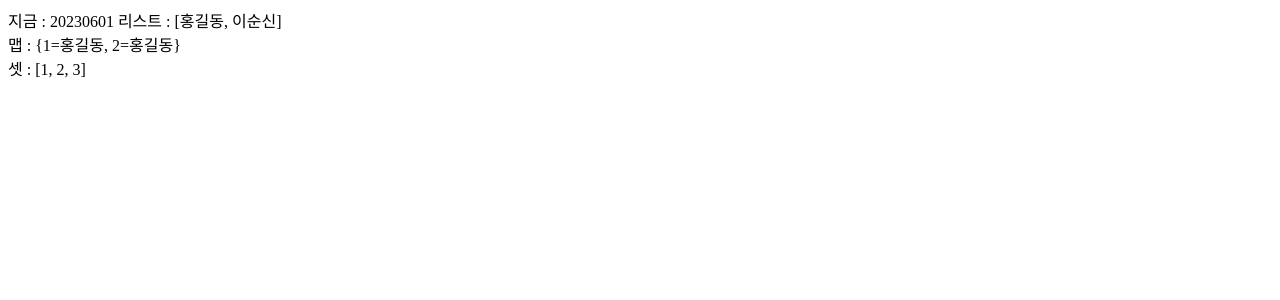
Repository: sun2898/JSP
Page: http://localhost/JSPBasic/jsptag/scriptlet03.jsp
The author's editor kept a copy of each file at every save. The page is drawn from the files as they stood at one save, then again after the next save.
The browser window is 1280 px wide. The pictures show the whole page.
The page is served by Tomcat 9. Nobody is signed in. The application's start-up code is not run. Other server files are loaded and not shown.

Above is the page before, as saved 2023-06-01 07:23:14.

### JSPBasic/src/main/webapp/jsptag/scriptlet03.jsp
<%@page import="java.util.HashSet"%>
<%@page import="java.util.HashMap"%>
<%@page import="java.util.ArrayList"%>
<%@page import="java.text.SimpleDateFormat"%>
<%@page import="java.util.Date"%>
<%@ page language="java" contentType="text/html; charset=UTF-8"
    pageEncoding="UTF-8"%>
<%
	/* 화면전체에서 사용할 코드는 위에서 선언 */
	Date date = new Date();
	SimpleDateFormat sdf = new SimpleDateFormat("yyyyMMdd");
	String now = sdf.format(date);

	//List
	ArrayList<String> list = new ArrayList<>();
	list.add("홍길동");
	list.add("이순신");

	//Map
	HashMap<Integer, String> map = new HashMap<>();
	map.put(1, "홍길동");
	map.put(2, "홍길동");

	//Set
	HashSet<Integer> set = new HashSet<>();
	set.add(1);
	set.add(2);
	set.add(3);
%>
<!DOCTYPE html>
<html>
<head>
<meta charset="UTF-8">
<title>Insert title here</title>
</head>
<body>
	지금 : <%=now %>
	리스트 : <%=list.toString() %><br/>
	맵 : <%=map.toString() %><br/>
	셋 : <%=set.toString() %>



</body>
</html>

After the next save:
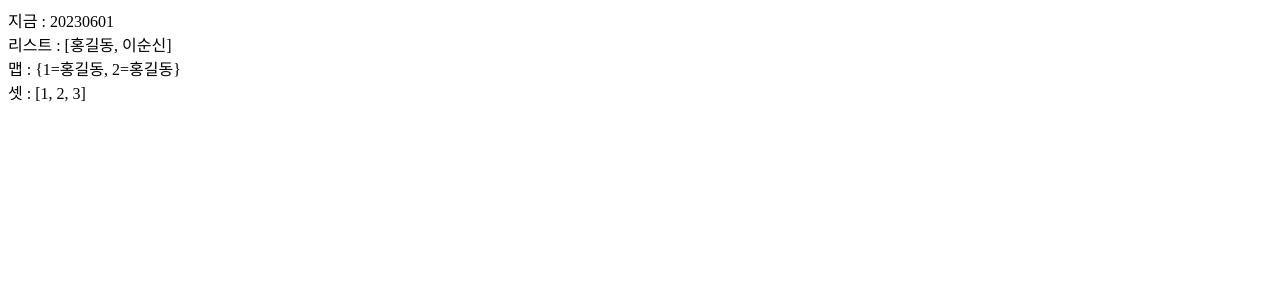
Saved 24 s later.
--- a/JSPBasic/src/main/webapp/jsptag/scriptlet03.jsp
+++ b/JSPBasic/src/main/webapp/jsptag/scriptlet03.jsp
@@ -34,7 +34,7 @@
 <title>Insert title here</title>
 </head>
 <body>
-	지금 : <%=now %>
+	지금 : <%=now %><br/>
 	리스트 : <%=list.toString() %><br/>
 	맵 : <%=map.toString() %><br/>
 	셋 : <%=set.toString() %>
